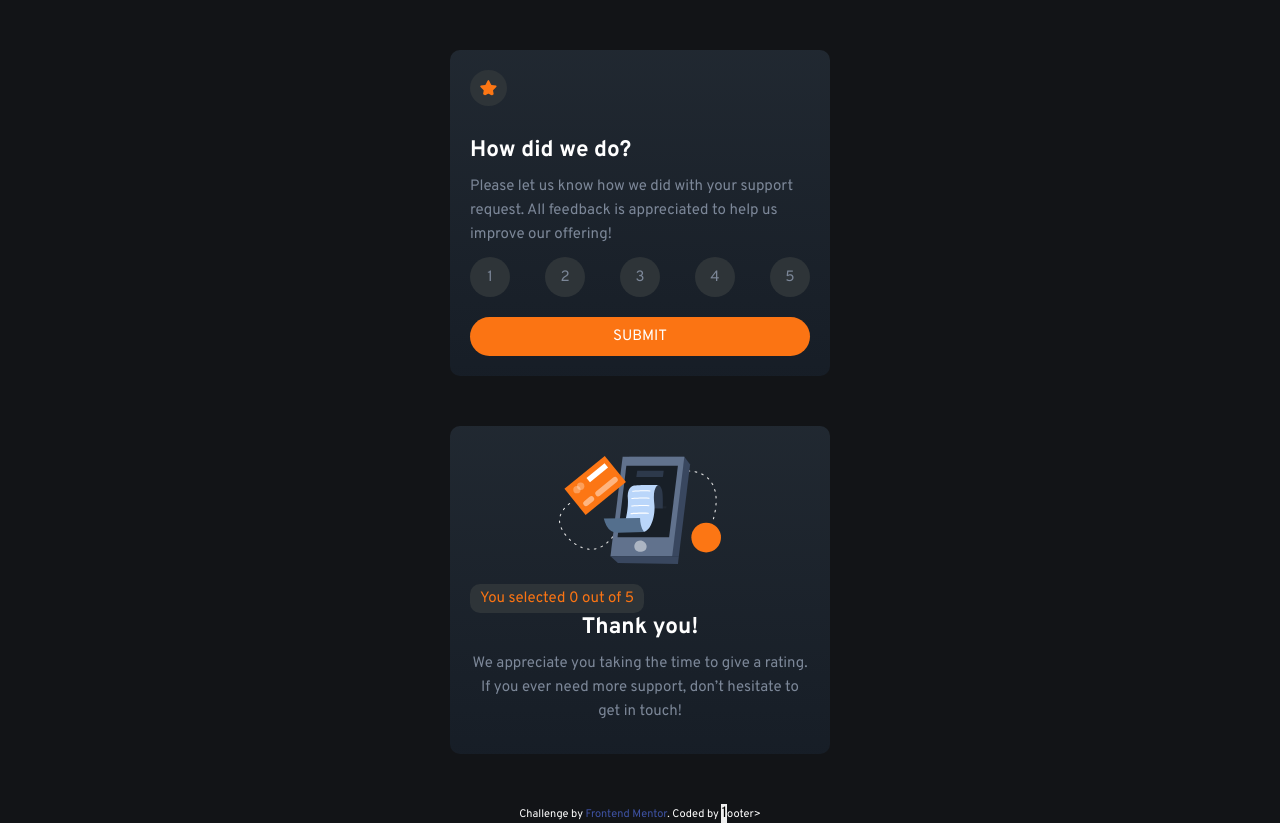
Repository: huynhnhutanhduy/interactive-rating-component
Page: index.html
These files come from the project's save history. The page is drawn as it stood at one moment and after the next save; the edit follows.
The browser window is 1280 px wide. The pictures show the whole page.

Above is the page before, as saved 2022-10-19 10:41:32.

After the next save:
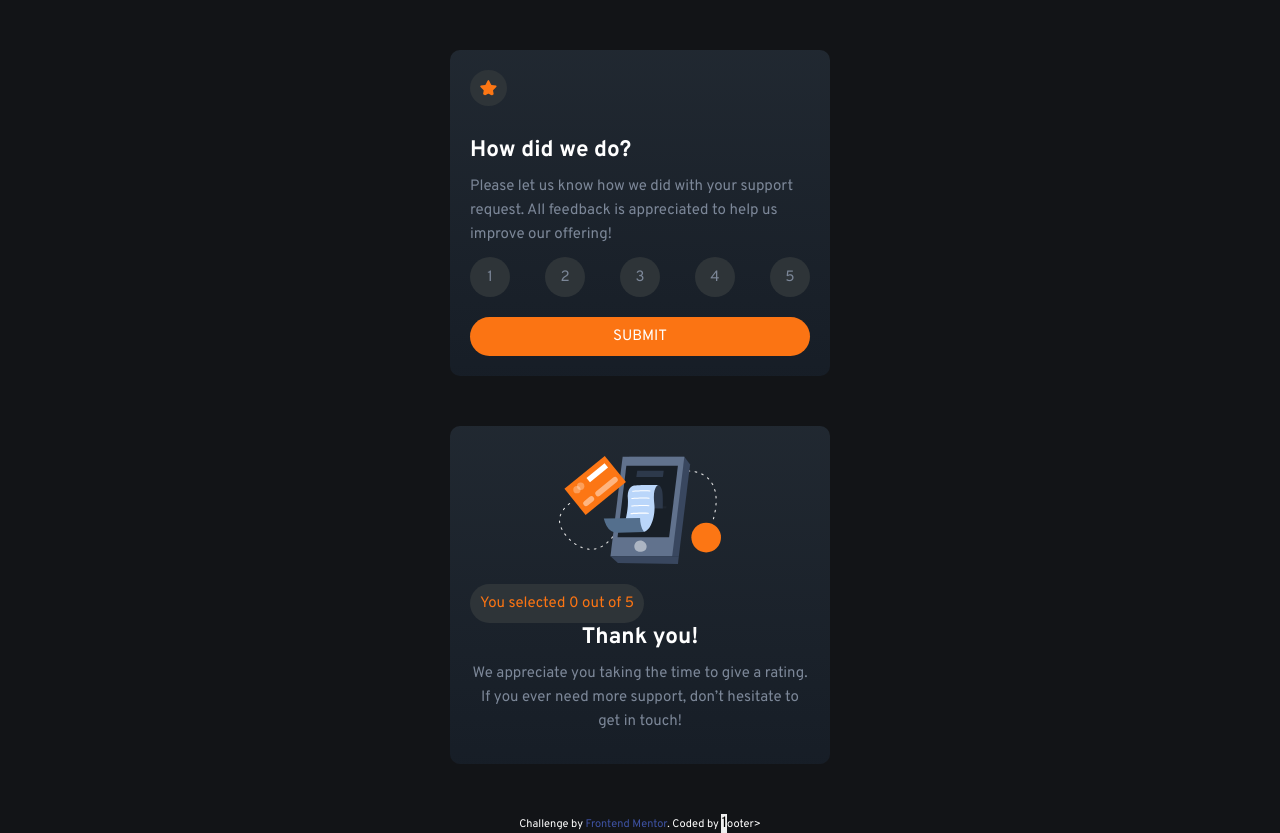
Saved 5 s later.
--- a/app.css
+++ b/app.css
@@ -108,6 +108,6 @@ button {
   background-color: hsl(205, 10%, 20%);
   color: var(--primary);
   display: inline-block;
-  padding: 5px 1rem;
-  border-radius: 1rem;
+  padding: 1rem;
+  border-radius: 2rem;
 }
